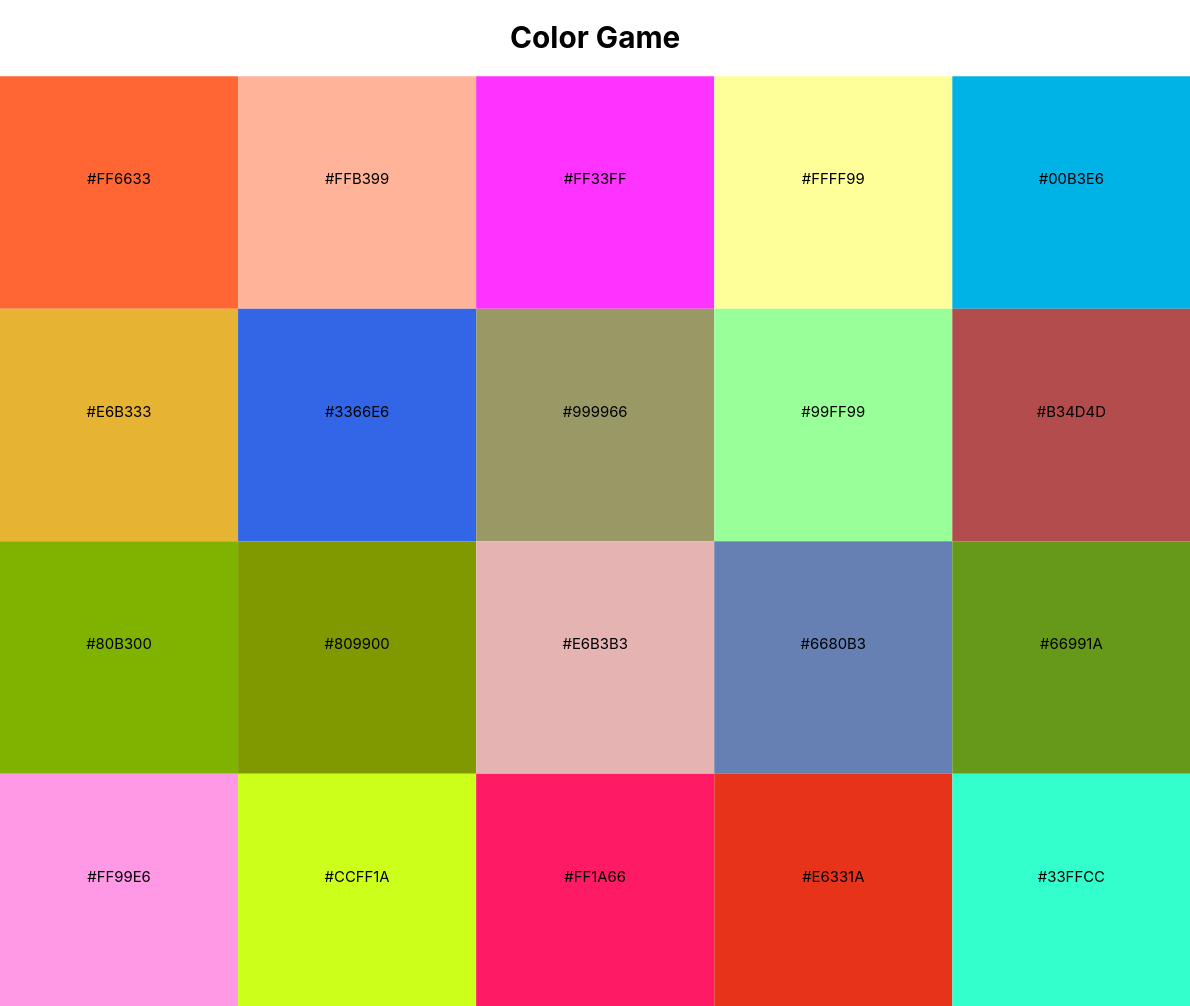
Repository: johnmutina/shades_of_blue
Page: /
The author's editor kept a copy of each file at every save. The page is drawn from the files as they stood at one save, then again after the next save.
The browser window is 1280 px wide. The pictures show the whole page, at 93% of full size.
The project was rebuilt for these pictures with package versions that can differ from the ones it lists, and the page was loaded fresh each time.

Above is the page before, as saved 2019-06-22 14:30:10.

After the next save:
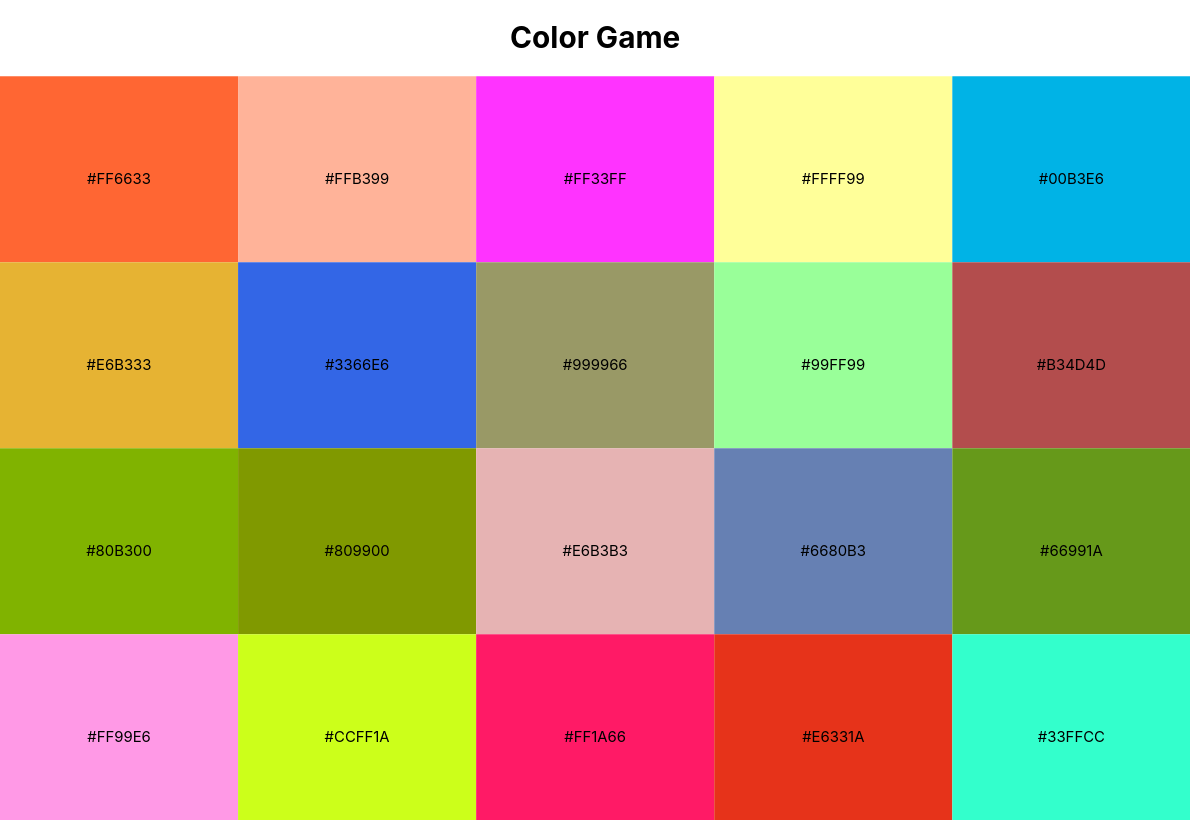
Saved 6 s later.
--- a/src/ColorBox.css
+++ b/src/ColorBox.css
@@ -1,6 +1,6 @@
 .ColorBox {
     display: inline-block;
     width: 20%;
-    height: 150px;
+    height: 100px;
     padding-top: 100px;
 }
